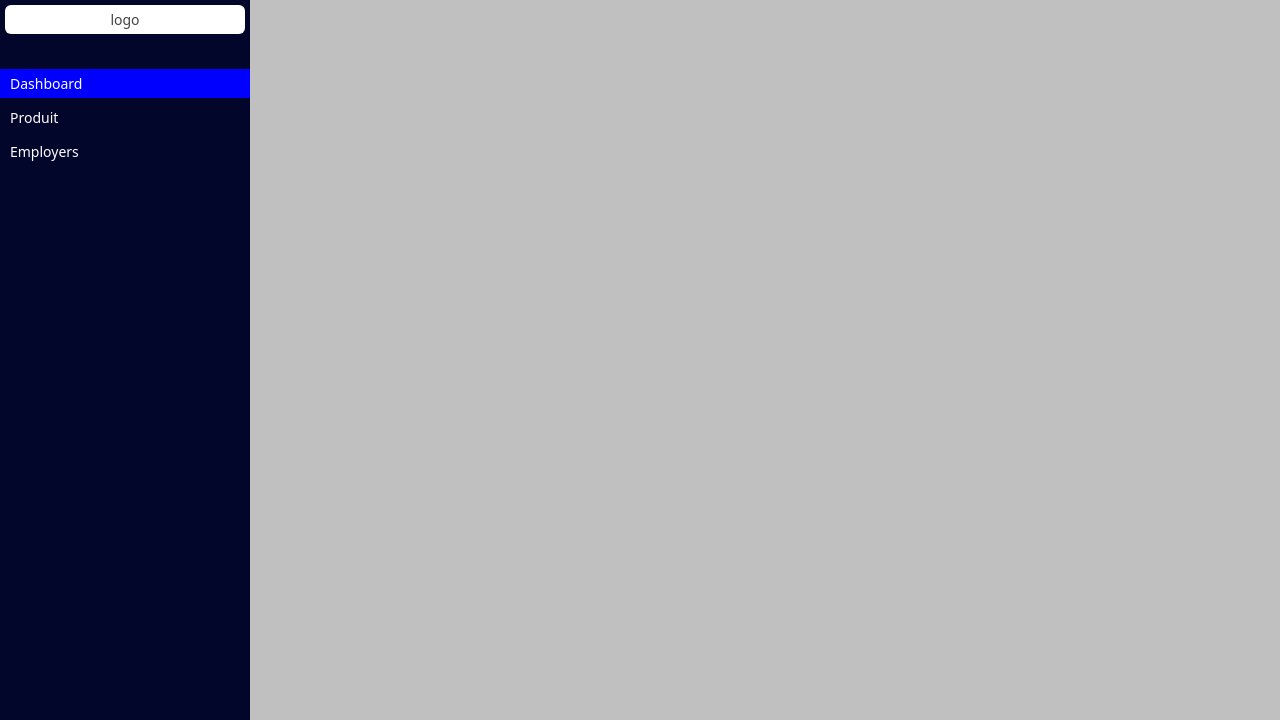
Repository: zpaulange/task_manager
Page: dashboard/index.html
The author's editor kept a copy of each file at every save. The page is drawn from the files as they stood at one save, then again after the next save.
The browser window is 1280 px wide. The pictures show the whole page.
The pointer rests on the first visible `.aside_list a`.

Above is the page before, as saved 2025-03-06 10:37:22.

### dashboard/index.html
<!DOCTYPE html>
<html lang="en">
<head>
    <meta charset="UTF-8">
    <meta name="viewport" content="width=device-width, initial-scale=1.0">
    <link rel="stylesheet" href="../assets/styles/dashboard/style.css">
    <title>Document</title>
</head>
<body>
  <section class="dashboard">
    <aside class="dashboard_left aside">
      <a href="#" class="aside_logo">logo</a>
      <ul class="aside_menu">
        <li class="aside_list"><a href="#">Dashboard</a></li>
        <li class="aside_list"><a href="#">Produit</a></li>
        <li class="aside_list"><a href="#">Employers</a></li>
      </ul>
    </aside>
    <div class="dashboard_right">
      <nav class="dashbaord_nav">
        <a href="#" class="dashbaord_nav_avatar">
          <span></span>
        </a>
      </nav>
      <main class="main">

      </main>
    </div>
  </section>

</body>
</html>

### assets/styles/dashboard/style.css
*{
  margin:0;
  padding:0;
  box-sizing: border-box;
  position:relative;
  font-family: system-ui, sans-serif;
  font-size: 14px;
  color:#434343;
}
body{
  overflow-x: hidden;
}
a{
  text-decoration: none;
}
a:active, a:hover{
  color:#434343;
}
img{
  width: 100%;
  height: auto;
}
ul li{
  list-style: none;
}

.dashboard{
  min-height: 100vh;
  background-color: silver;
}
.aside{
  width:250px;
  background-color: #02062b;
  height: 100vh;
  position: fixed;
  top:0;
  left:0;
  z-index: 10;
}
.aside_logo{
  display: block;
  text-align: center;
  padding:5px;
  background-color: #fff;
  margin:5px;
  border-radius:6px;
}
.aside_menu{
  margin-top: 35px;
}
.aside_list{
  margin-bottom: 5px;
}
.aside_list a{
  display: block;
  color:#fff;
  padding:5px 10px;
  transition:.2s;
}
.aside_list a:hover{
  background-color: blue;
}
.dashboard_right{
  padding-left: 250px;
  min-height: 100vh;
}

After the next save:
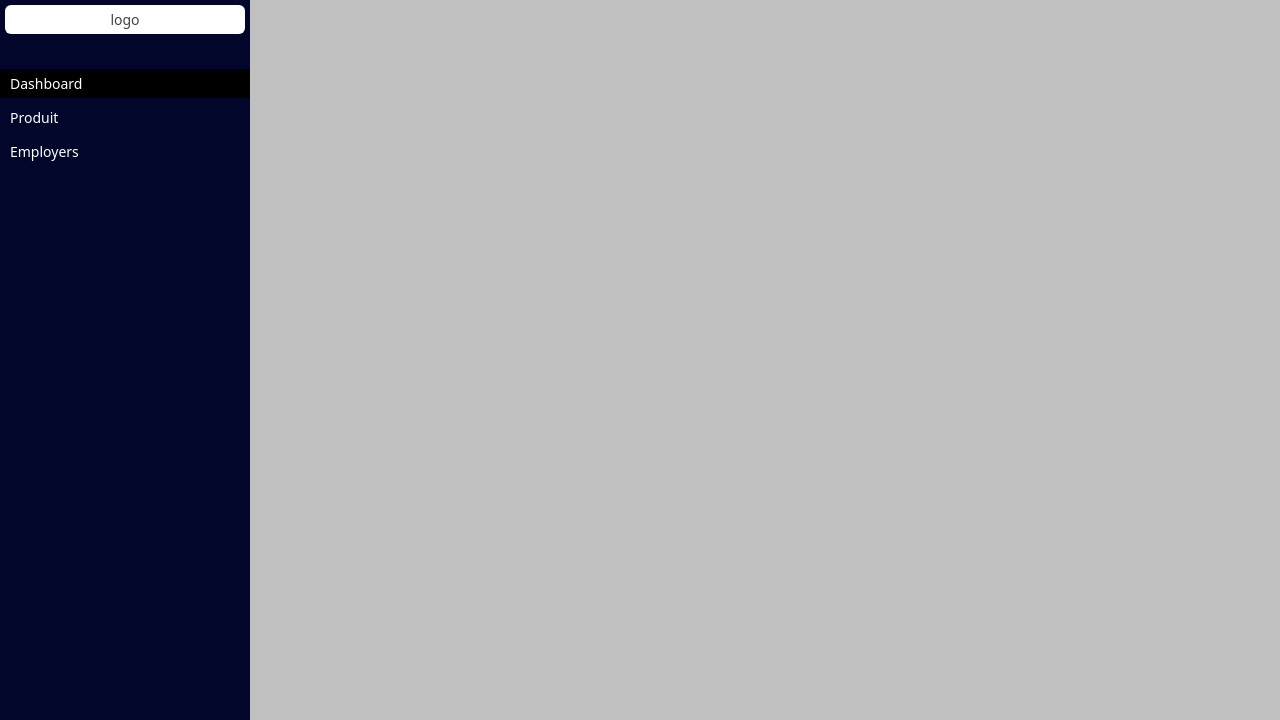
Saved 23 s later.
--- a/assets/styles/dashboard/style.css
+++ b/assets/styles/dashboard/style.css
@@ -58,7 +58,7 @@ ul li{
   transition:.2s;
 }
 .aside_list a:hover{
-  background-color: blue;
+  background-color: #000;
 }
 .dashboard_right{
   padding-left: 250px;
